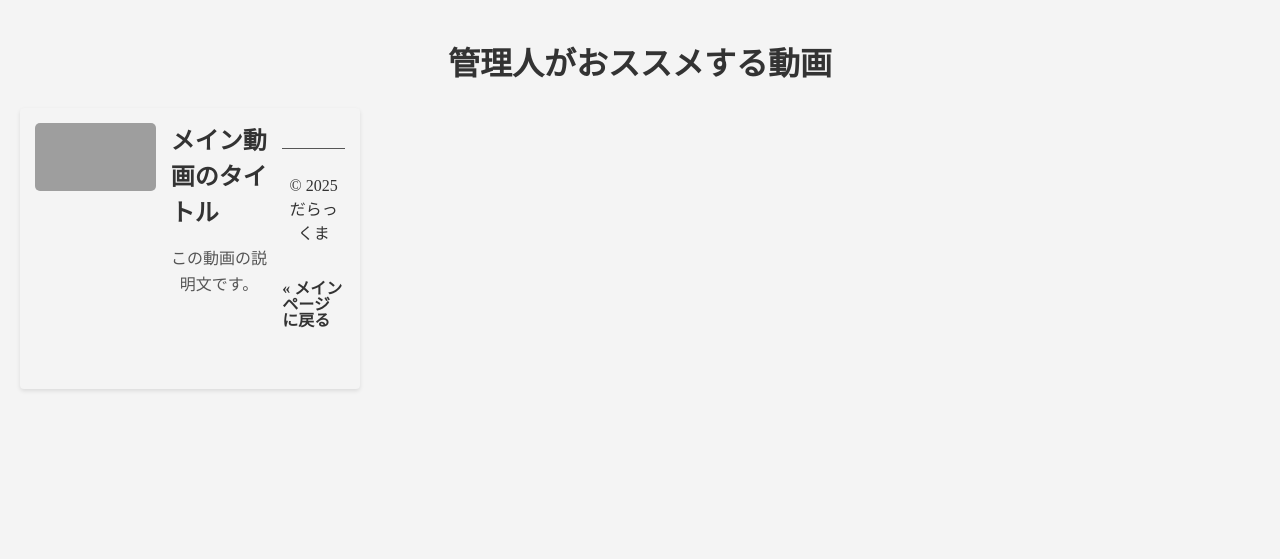
Repository: rydeen7907/html
Page: movie_link.html
These files come from the project's save history. The page is drawn as it stood at one moment and after the next save; the edit follows.
The browser window is 1280 px wide. The pictures show the whole page.
Pictures or frames that could not be fetched are drawn as grey boxes.

Above is the page before, as saved 2025-04-29 18:25:14.

After the next save:
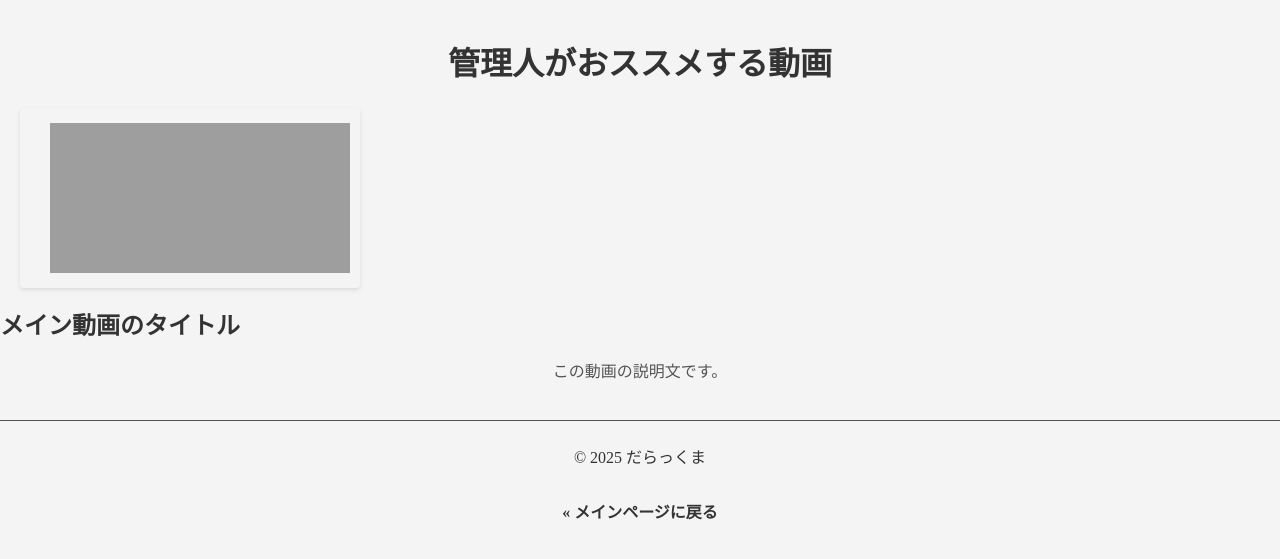
Saved 5 s later.
--- a/movie_link.html
+++ b/movie_link.html
@@ -13,7 +13,7 @@
 </header>
 
 <div class="video-item">
-    <div class="video-flame">
+    <div class="video-flame">   </div>
     <iframe src="https://www.youtube.com/embed/VIDEO_ID" title="YouTube video player" frameborder="0" allow="accelerometer; autoplay; clipboard-write; encrypted-media; gyroscope; picture-in-picture; web-share" allowfullscreen></iframe>
 </div>
 

After the 2 saves that followed:
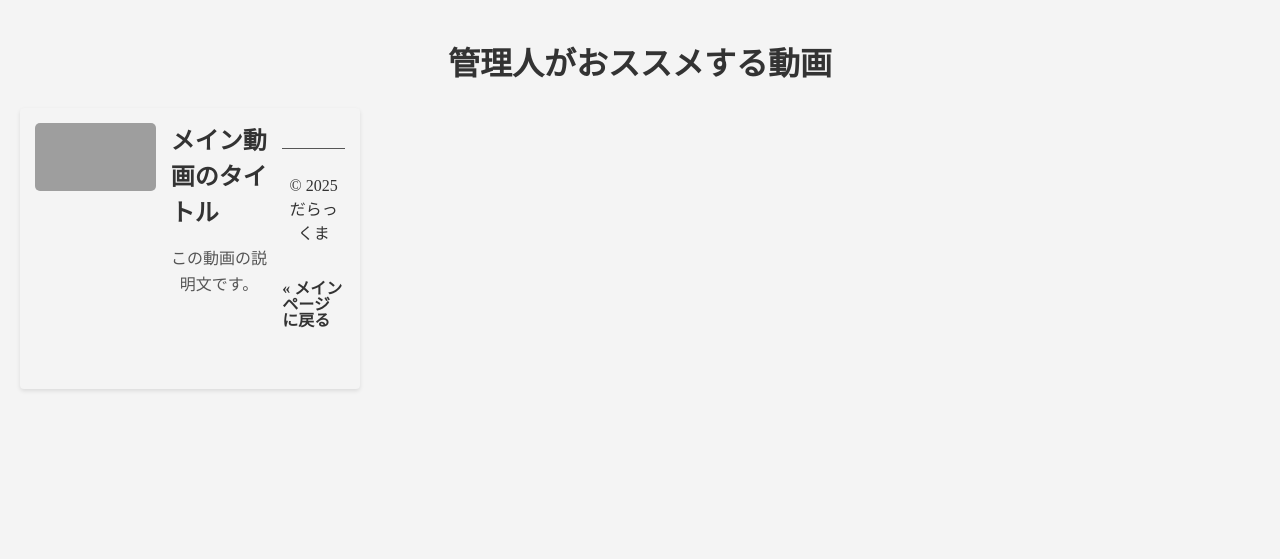
The 2 saves are shown as one change because they came seconds apart.
The last was saved 7 s later.
--- a/movie_link.html
+++ b/movie_link.html
@@ -13,7 +13,7 @@
 </header>
 
 <div class="video-item">
-    <div class="video-flame">   </div>
+    <div class="video-flame">
     <iframe src="https://www.youtube.com/embed/VIDEO_ID" title="YouTube video player" frameborder="0" allow="accelerometer; autoplay; clipboard-write; encrypted-media; gyroscope; picture-in-picture; web-share" allowfullscreen></iframe>
 </div>
 
